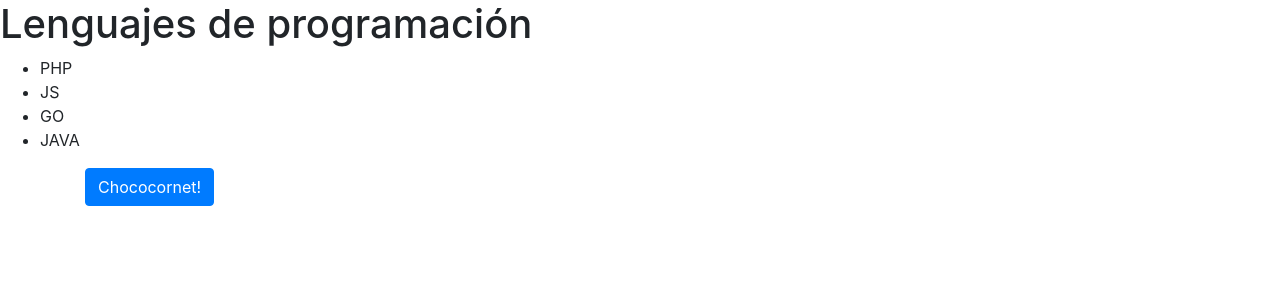
Repository: gitmadacode/practica_javascript
Page: Inicio/index.html
The author's editor kept a copy of each file at every save. The page is drawn from the files as they stood at one save, then again after the next save.
The browser window is 1280 px wide. The pictures show the whole page.

Above is the page before, as saved 2019-09-08 20:35:22.

### Inicio/index.html
<!DOCTYPE html>
<html lang="en">
    <script type ="text/javascript" src="js/arrays.js"></script>  <!---para llamar al archivo JS-->
    <link href="node_modules/sweetalert2/dist/sweetalert2.css" rel="stylesheet"/>
    <link rel="stylesheet" href="https://stackpath.bootstrapcdn.com/bootstrap/4.3.1/css/bootstrap.min.css" integrity="sha384-ggOyR0iXCbMQv3Xipma34MD+dH/1fQ784/j6cY/iJTQUOhcWr7x9JvoRxT2MZw1T" crossorigin="anonymous">
    <script src="https://code.jquery.com/jquery-3.3.1.slim.min.js" integrity="sha384-q8i/X+965DzO0rT7abK41JStQIAqVgRVzpbzo5smXKp4YfRvH+8abtTE1Pi6jizo" crossorigin="anonymous"></script>
<script src="https://cdnjs.cloudflare.com/ajax/libs/popper.js/1.14.7/umd/popper.min.js" integrity="sha384-UO2eT0CpHqdSJQ6hJty5KVphtPhzWj9WO1clHTMGa3JDZwrnQq4sF86dIHNDz0W1" crossorigin="anonymous"></script>
<script src="https://stackpath.bootstrapcdn.com/bootstrap/4.3.1/js/bootstrap.min.js" integrity="sha384-JjSmVgyd0p3pXB1rRibZUAYoIIy6OrQ6VrjIEaFf/nJGzIxFDsf4x0xIM+B07jRM" crossorigin="anonymous"></script>
<head>
    <meta charset="UTF-8">
    <meta name="viewport" content="width=device-width, initial-scale=1.0">
    <meta http-equiv="X-UA-Compatible" content="ie=edge">
    <title>Documento</title>
</head>
<body>
    <div class="container">

        <button onclick="prueba()" type="button" class="btn btn-primary">Chococornet!</button>
    </div>

    <script src="node_modules/sweetalert2/dist/sweetalert2.all.min.js"></script>

   </body>
</html>

### Inicio/js/arrays.js

//Arrays, arreglos, matrices

var nombre = "sebastian"
var nombres = ["sebastian","victor","pedro","juan",52,true];

var lenguajes = new Array("PHP","JS","GO","JAVA");

/*
var elemento = parseInt(prompt("Que elemento del array quieres?",0));
if (elemento >=nombres.length) {

    alert("Introduce el numero correcto menor que " + nombres.length);
} else {
    alert("El usuario  seleccionado es "+nombres[elemento]);
}*/

document.write("<h1>Lenguajes de programación</h1>");
document.write("<ul>");
for (var i = 0 ; i<lenguajes.length ; i++ ) {
    document.write("<li>"+lenguajes[i]+"</li>");
}
document.write("</ul>");

Loaded but not shown: Inicio/node_modules/sweetalert2/dist/sweetalert2.css (library); Inicio/node_modules/sweetalert2/dist/sweetalert2.all.min.js (library)

After the next save:
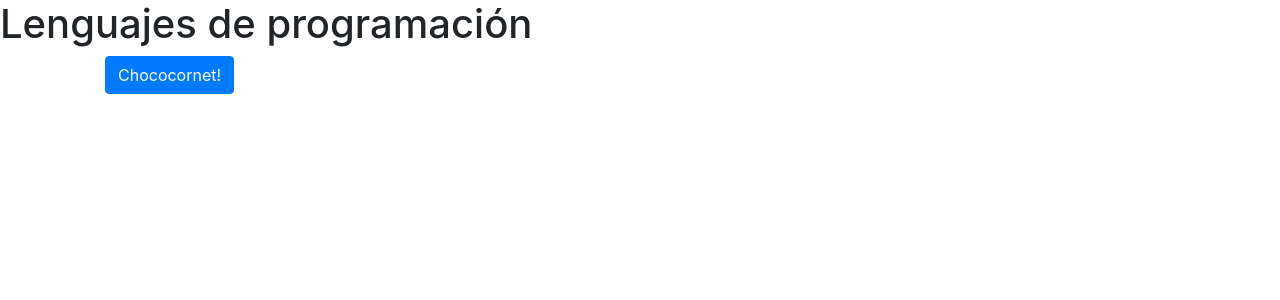
Saved 11 min 16 s later.
--- a/Inicio/js/arrays.js
+++ b/Inicio/js/arrays.js
@@ -17,7 +17,13 @@ if (elemento >=nombres.length) {
 
 document.write("<h1>Lenguajes de programación</h1>");
 document.write("<ul>");
+/*
+//Primera forma de recorrer un array
 for (var i = 0 ; i<lenguajes.length ; i++ ) {
     document.write("<li>"+lenguajes[i]+"</li>");
 }
-document.write("</ul>");
+document.write("</ul>");*/
+
+lenguajes.forEach(() =>{
+
+});
